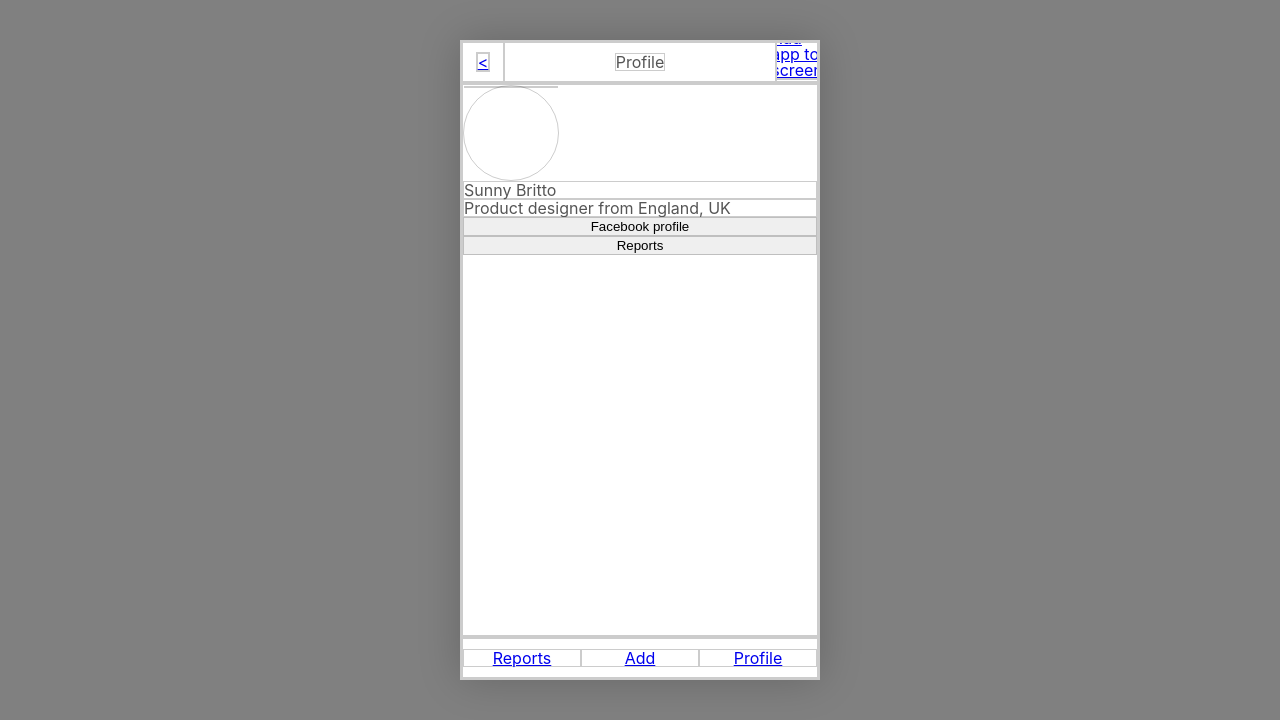
Repository: aleksandrenko/html-css-playground
Page: profile.html
An editor plug-in stored every save of this project. The page is shown before and after the next save, followed by the edit.
The browser window is 1280 px wide. The pictures show the whole page.

Above is the page before, as saved 2018-01-19 15:11:27.

After the next save:
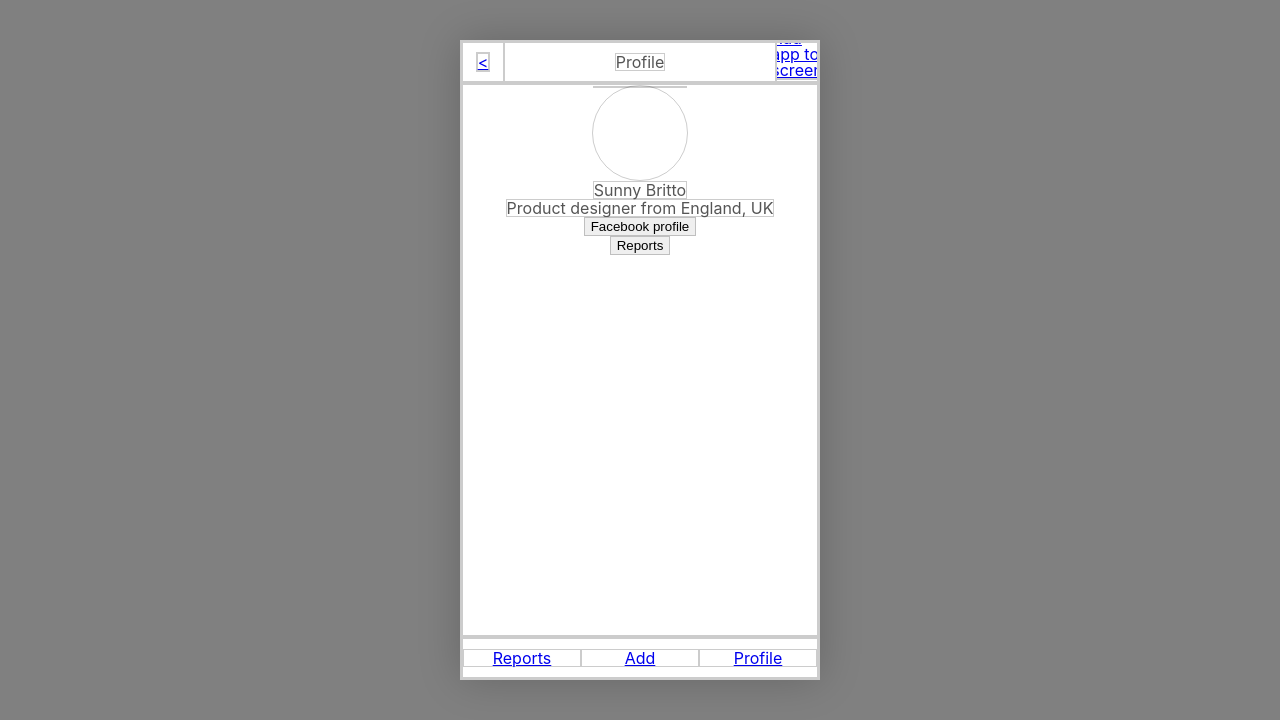
Saved 9 s later.
--- a/css/pages/profile.css
+++ b/css/pages/profile.css
@@ -8,7 +8,7 @@ profile {
   display: flex;
   flex-direction: column;
 
-  align-content: center;
+  align-items: center;
 }
 
 profile picture {
